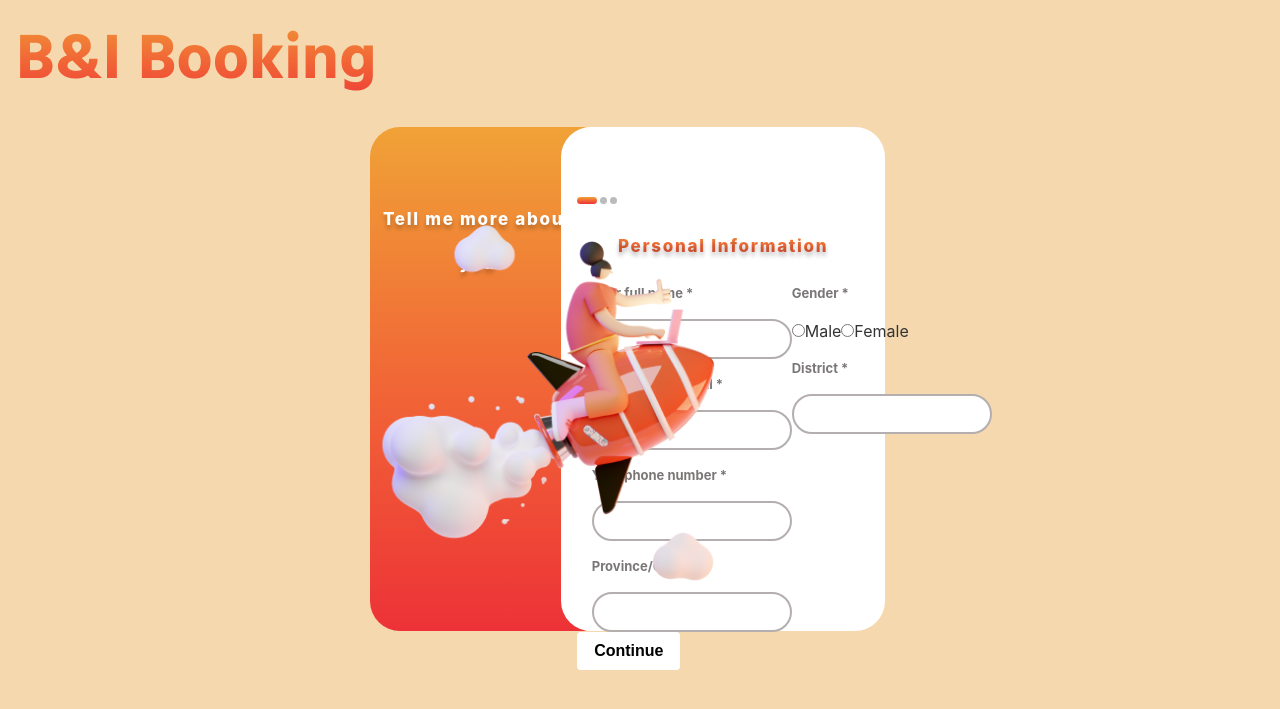
Repository: Grand-Line-PNV/FE-BIBooking
Page: /
These files come from the project's save history. The page is drawn as it stood at one moment and after the next save; the edit follows.
The browser window is 1280 px wide. The pictures show the whole page.
The project was rebuilt for these pictures with package versions that can differ from the ones it lists, and the page was loaded fresh each time. Also part of the build but not shown: src/App.css.

Above is the page before, as saved 2023-02-06 11:07:30.

After the next save:
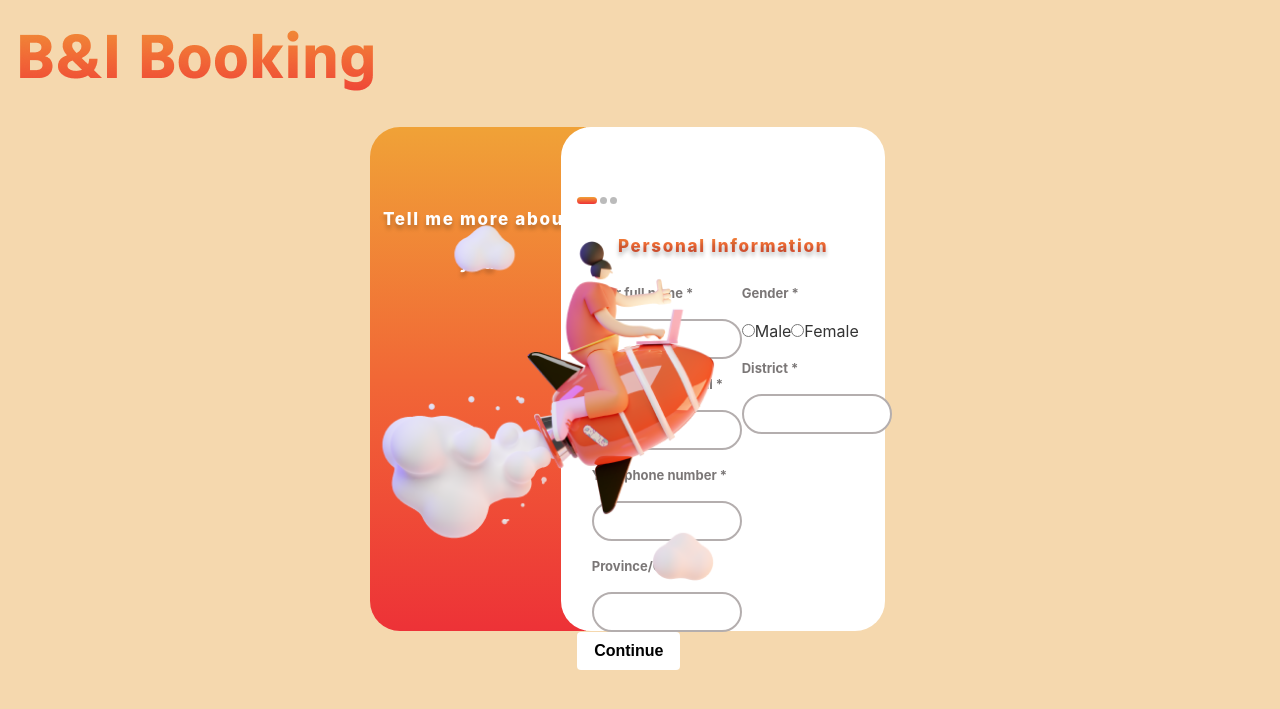
Saved 40 s later.
--- a/src/view/pages/Influencers/PersonalInformation/PersonalInformation.module.scss
+++ b/src/view/pages/Influencers/PersonalInformation/PersonalInformation.module.scss
@@ -122,7 +122,7 @@
                   background: #ffffff;
                   border: 2px solid #b4aeae;
                   border-radius: 99px;
-                  width: 200px;
+                  width: 150px;
                   height: 40px;
                   font-weight: 500;
                   font-style: normal;
